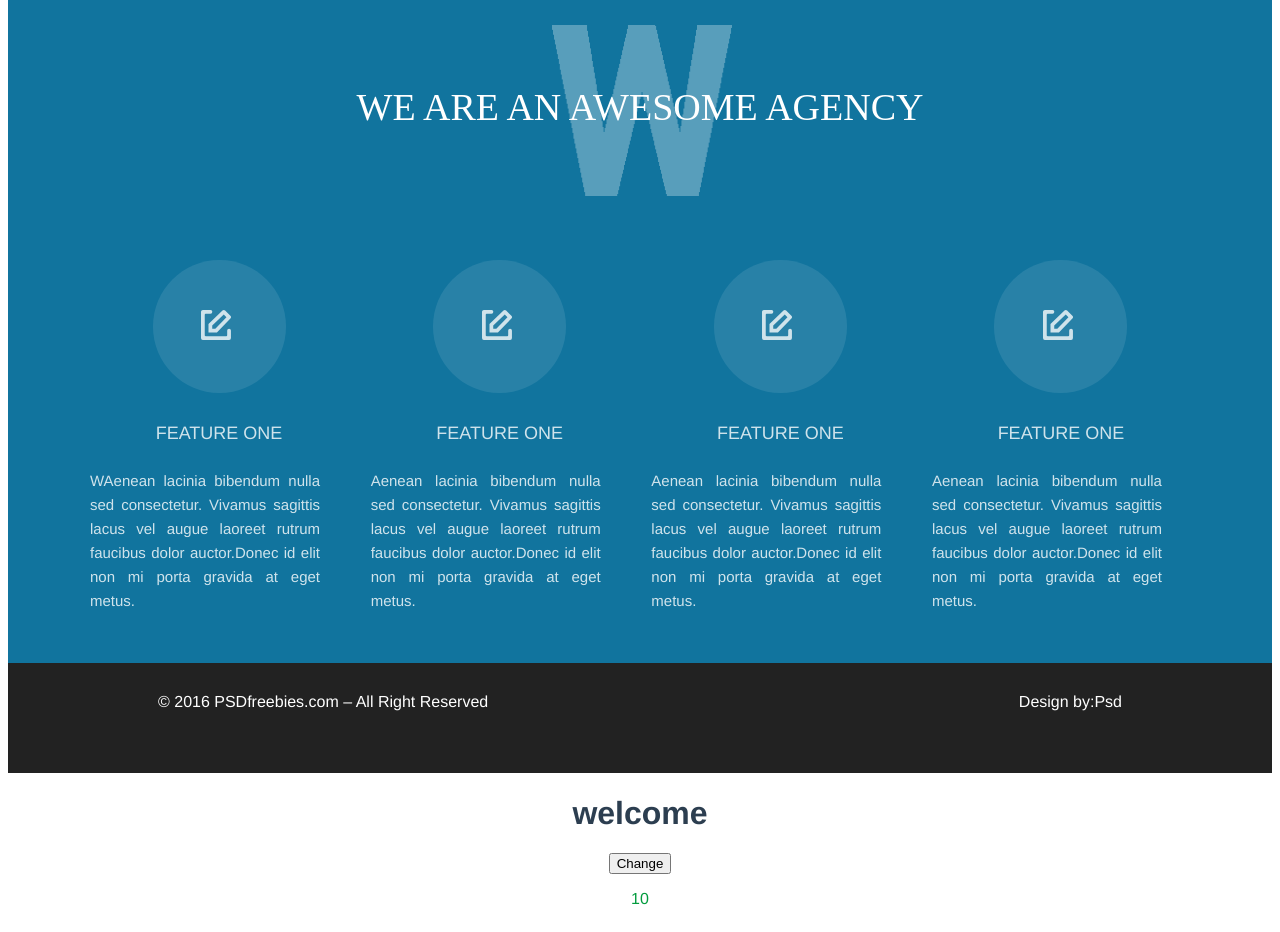
Repository: joker506/Creatives
Page: /
These files come from the project's save history. The page is drawn as it stood at one moment and after the next save; the edit follows.
The browser window is 1280 px wide. The pictures show the part of the page from y = 914 to 1866 px (the page is 1846 px tall before and 1866 px after).
The project was rebuilt for these pictures with package versions that can differ from the ones it lists, and the page was loaded fresh each time.

Above is the page before, as saved 2020-04-11 20:07:57.

After the next save:
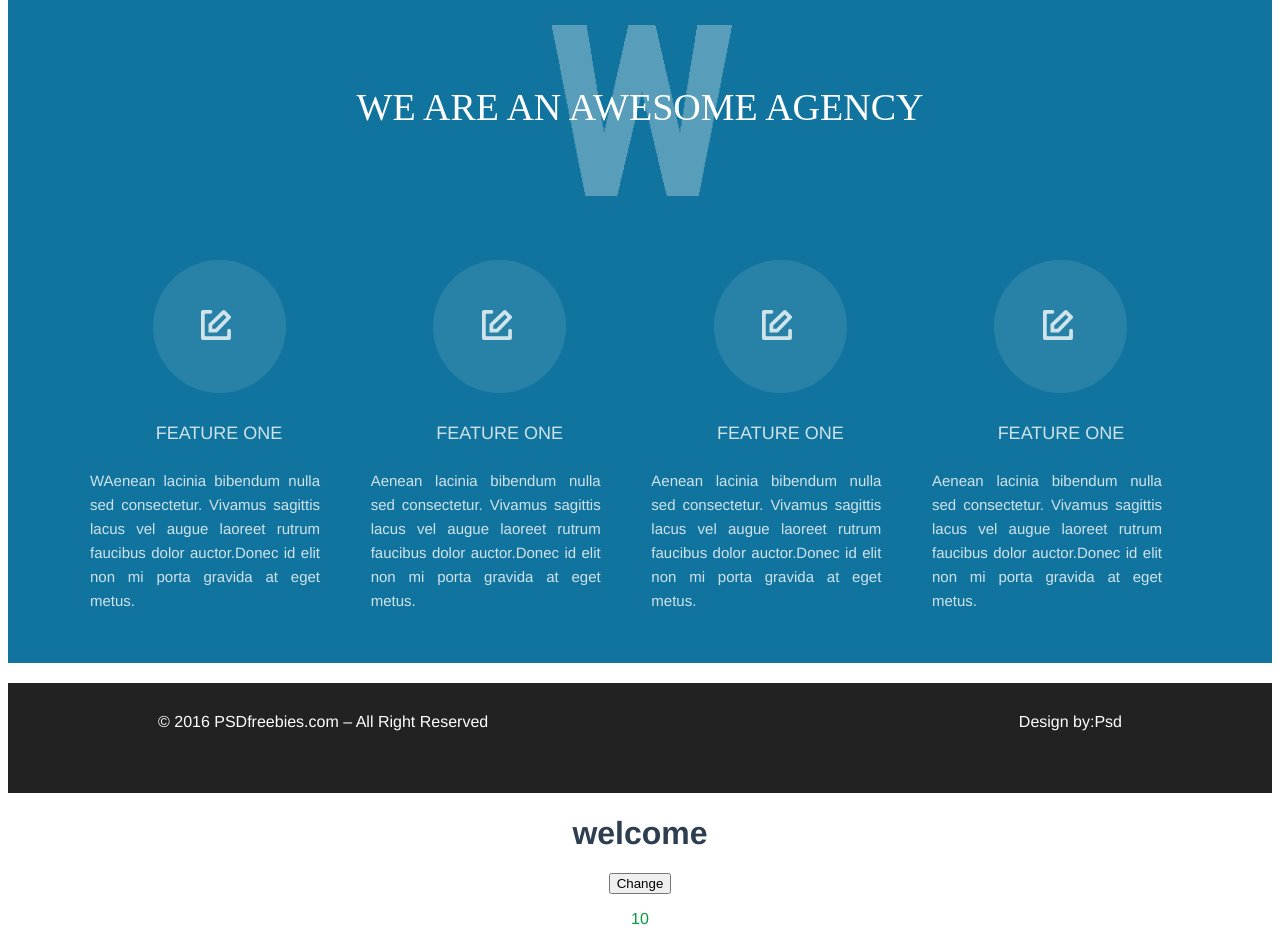
Saved 42 s later.
--- a/src/components/FormApp.vue
+++ b/src/components/FormApp.vue
@@ -1,5 +1,5 @@
 <template>
-
+<h2 class="form__title"></h2>
 </template>
 
 <script>
